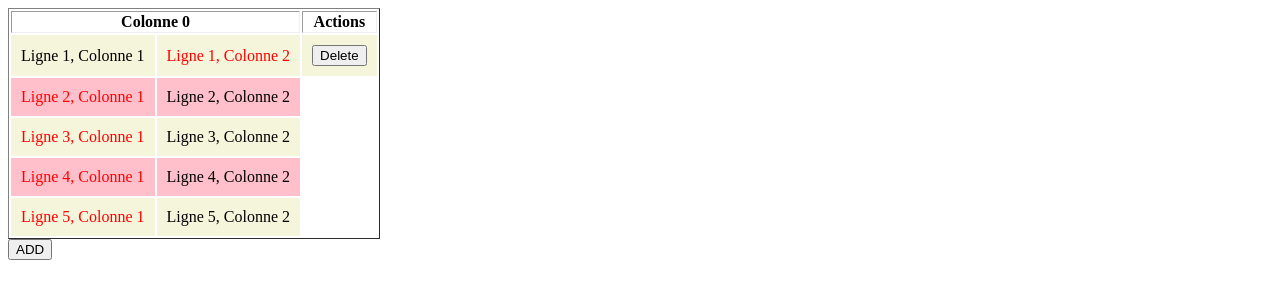
Repository: Chaimaa482/web-tp4
Page: ex1.html
These files come from the project's save history. The page is drawn as it stood at one moment and after the next save; the edit follows.
The browser window is 1280 px wide. The pictures show the whole page.

Above is the page before, as saved 2023-10-29 15:19:22.

After the next save:
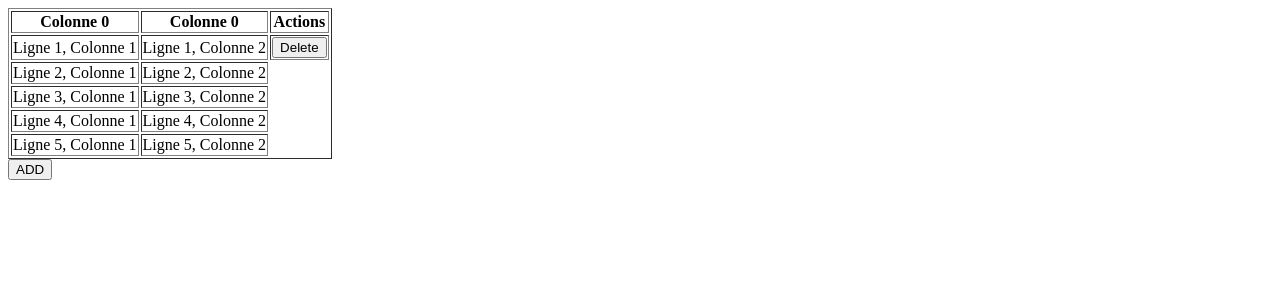
Console error: SyntaxError: Unexpected token '.'
Saved 22 s later.
--- a/ex1.html
+++ b/ex1.html
@@ -84,7 +84,7 @@
          }); }
 
          //add row
-         var addButton = document.querySelector('button');
+         var addButton = document.querySelector(.'button');
          addButton.addEventListener('click', function() {
           var newRow = document.createElement('tr');
           newRow.innerHTML = "<td><input type='text' value=''></td><td><input type='text' value=''></td><td></td>";

After the 2 saves that followed:
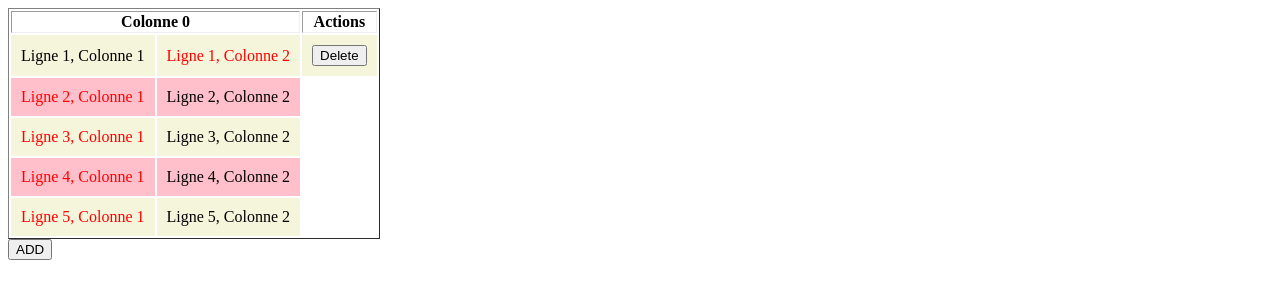
Console error: TypeError: Cannot read properties of null (reading 'addEventListener')
The 2 saves are shown as one change because they came seconds apart.
The last was saved 8 s later.
--- a/ex1.html
+++ b/ex1.html
@@ -84,7 +84,7 @@
          }); }
 
          //add row
-         var addButton = document.querySelector(.'button');
+         var addButton = document.querySelector('.button');
          addButton.addEventListener('click', function() {
           var newRow = document.createElement('tr');
           newRow.innerHTML = "<td><input type='text' value=''></td><td><input type='text' value=''></td><td></td>";
